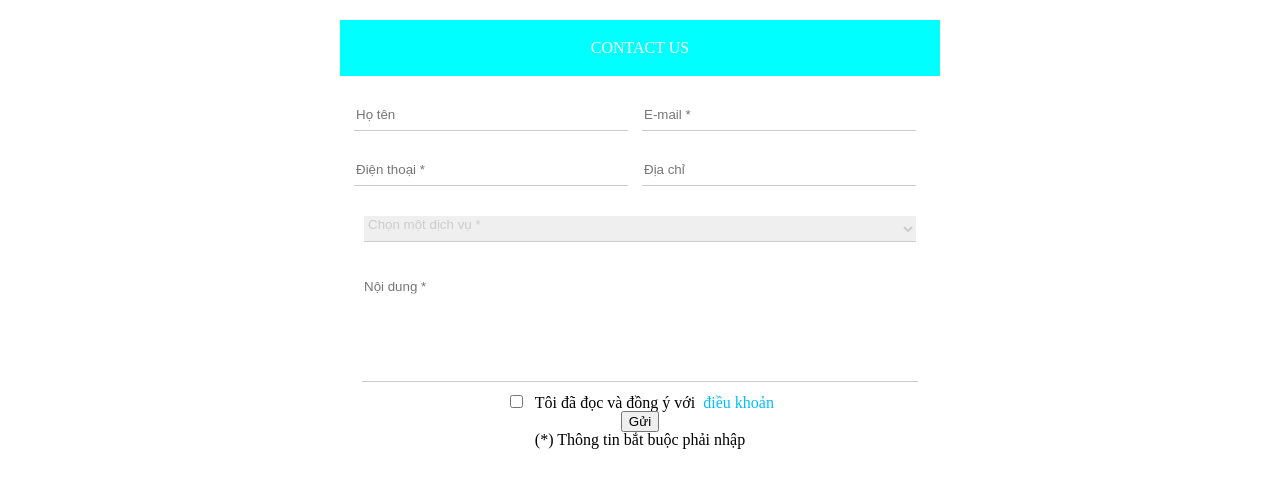
Repository: vanh1604/exercises
Page: baitap/Car/contact.html
These files come from the project's save history. The page is drawn as it stood at one moment and after the next save; the edit follows.
The browser window is 1280 px wide. The pictures show the whole page.

Above is the page before, as saved 2023-03-29 17:22:19.

### baitap/Car/contact.html
<!DOCTYPE html>
<html lang="en">
  <head>
    <meta charset="UTF-8" />
    <meta http-equiv="X-UA-Compatible" content="IE=edge" />
    <meta name="viewport" content="width=device-width, initial-scale=1.0" />
    <link rel="stylesheet" href="reset.css" />
    <link rel="stylesheet" href="contact.css" />
    <title>Document</title>
  </head>
  <body>
    <div class="modal" id="modal">
      <div class="container">
        <div class="header">Contact Us</div>
        <div class="box">
          <ul class="content">
            <li class="line row-2">
              <input type="text" placeholder="Họ tên" id="name" />
              <input type="text" placeholder="E-mail *" />
            </li>
            <li class="line row-2">
              <input type="text" placeholder="Điện thoại *" id="phone-number" />
              <input type="text" placeholder="Địa chỉ" />
            </li>
            <li class="line">
              <select name="service" id="service">
                <option value="default">Chọn một dịch vụ *</option>
                <option value=""></option>
                <option value=""></option>
                <option value=""></option>
              </select>
            </li>
            <li class="line">
              <input type="text" placeholder="Nội dung *" id="content" />
            </li>
            <li class="line check-box">
              <input type="checkbox" name="" id="" />
              Tôi đã đọc và đồng ý với <a href="">điều khoản</a>
            </li>
            <li class="line">
              <button id="button">Gửi</button>
            </li>
          </ul>
          <div class="force">(*) Thông tin bắt buộc phải nhập</div>
        </div>
      </div>
    </div>
  </body>
</html>

### baitap/Car/contact.css
.modal {
  margin: 0 auto;
  width: 600px;
}
.container {
  text-align: center;
  margin-top: 20px;
}
.header {
  background-color: aqua;
  padding: 20px;
  text-transform: uppercase;
  color: white;
}
.box {
  width: 100%;
  height: fit-content;
  min-height: 70%;
  /* height: 470px; */
  background-color: #fff;
}
.modal ul {
  width: 100%;
}
.modal li {
  justify-content: center;
}
.row-2 input {
  width: 45% !important;
  margin-right: 10px;
}
.modal select {
  color: #ccc;
}
.modal input[type="text"],
.modal select {
  width: 92%;
  border: none;
  border-bottom: 1px solid #ccc;
  margin-top: 30px;
  padding-bottom: 8px;
}
input:focus,
select:focus,
button:focus {
  outline: none;
}
#content {
  height: 100px;
}
#content::placeholder {
  transform: translateY(-250%);
}
.check-box {
  margin-top: 10px;
  border-radius: 0;
}
.modal input[type="checkbox"] {
  margin-right: 8px;
}
.check-box a {
  text-decoration: none;
  margin-left: 4px;
  color: deepskyblue;
}
input {
}

Loaded but not shown: baitap/Car/reset.css (common file)

After the next save:
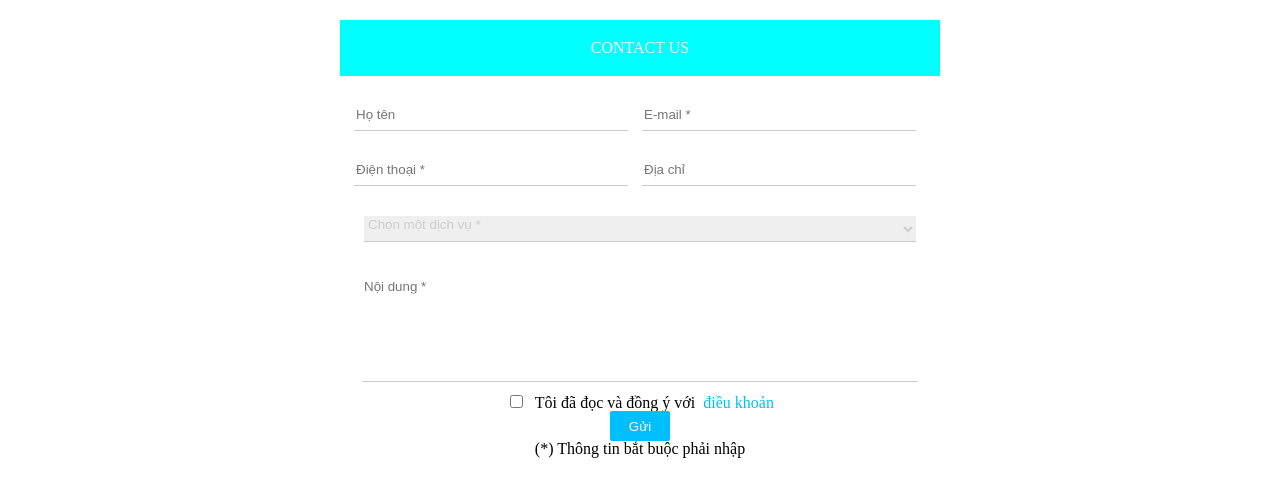
Saved 14 s later.
--- a/baitap/Car/contact.css
+++ b/baitap/Car/contact.css
@@ -63,5 +63,15 @@ button:focus {
   margin-left: 4px;
   color: deepskyblue;
 }
-input {
+.modal button {
+  width: 10%;
+  height: 30px;
+  background: deepskyblue;
+  border: none;
+  border-radius: 2px;
+  color: #fff;
+  cursor: pointer;
 }
+.modal button:hover {
+  opacity: 0.4;
+}
